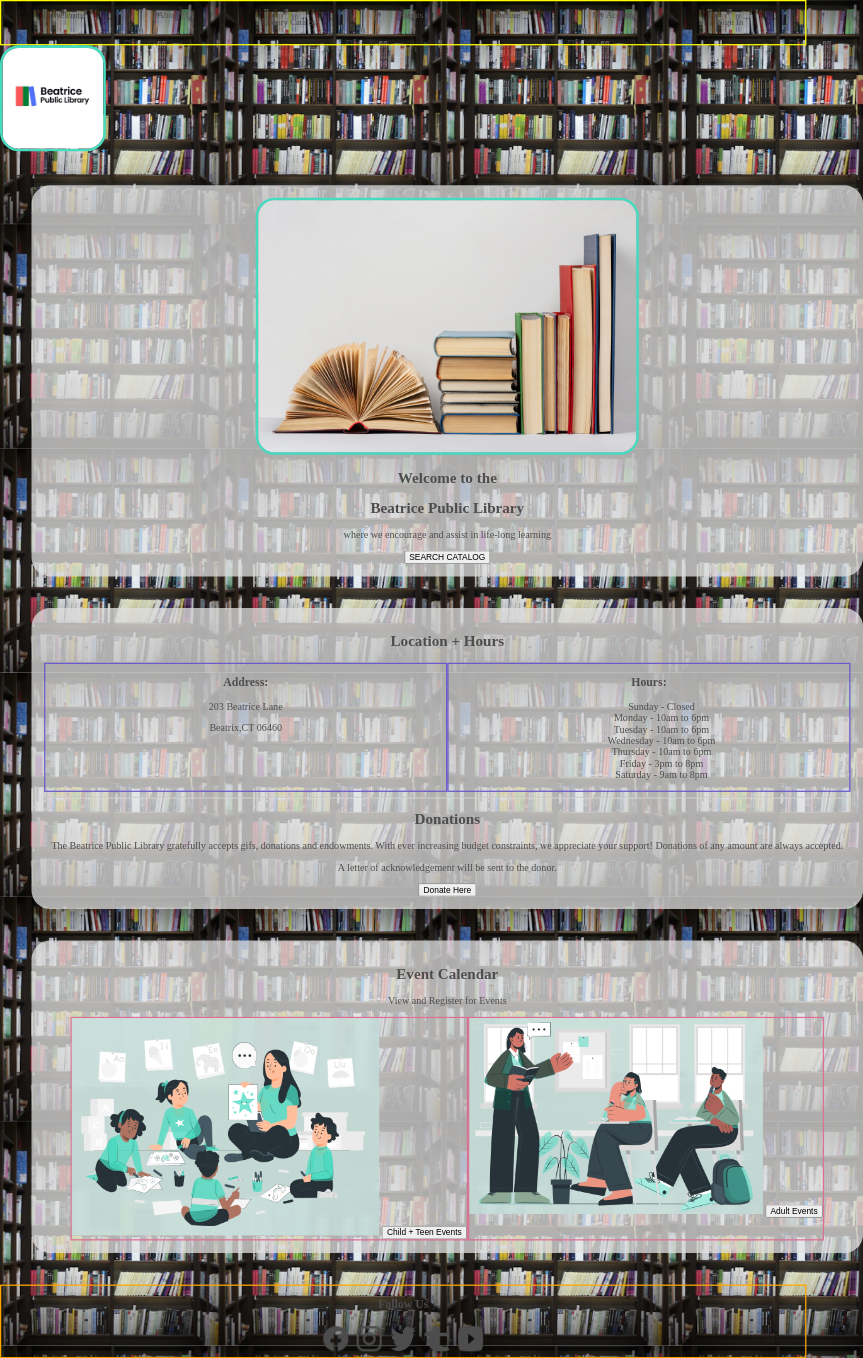
Repository: cokoduwa/RA-Wk5-Library
Page: index.html
The author's editor kept a copy of each file at every save. The page is drawn from the files as they stood at one save, then again after the next save.
The browser window is 1280 px wide. The page is 1370 px wide, so the pictures cover 1370 px, including what lies to the right of the window. The pictures show the whole page, at 63% of full size.

Above is the page before, as saved 2023-01-18 21:40:45.

After the next save:
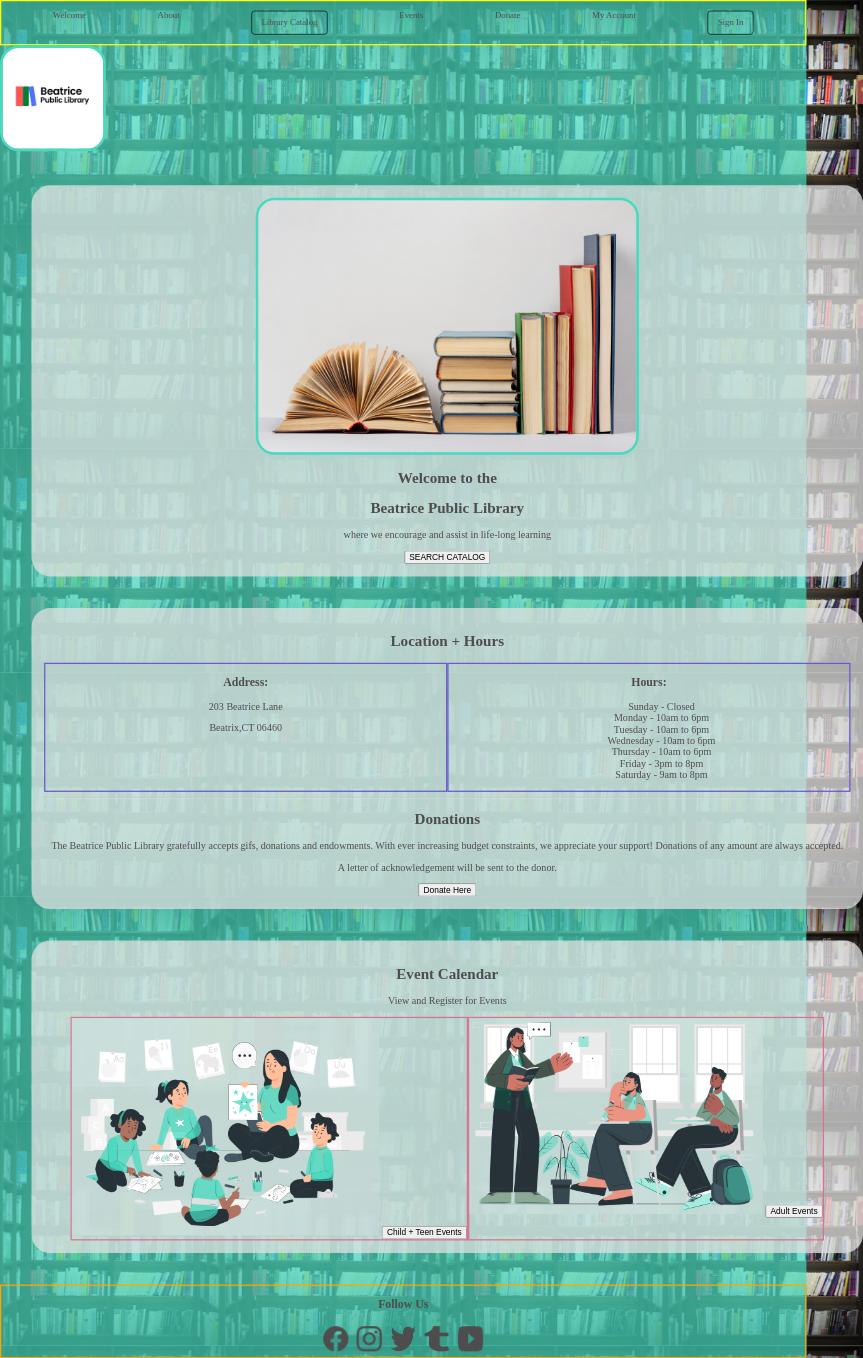
Saved 37 s later.
--- a/index.css
+++ b/index.css
@@ -11,6 +11,10 @@
     opacity: 0.3;
     background-repeat: no-repeat;
 } */
+
+.back-img {
+    background: rgb(70, 218, 191, 0.7);
+}
 
 /****** Navigation Bar/Menu and Footer for all pages ******/
 nav {

After the 3 saves that followed:
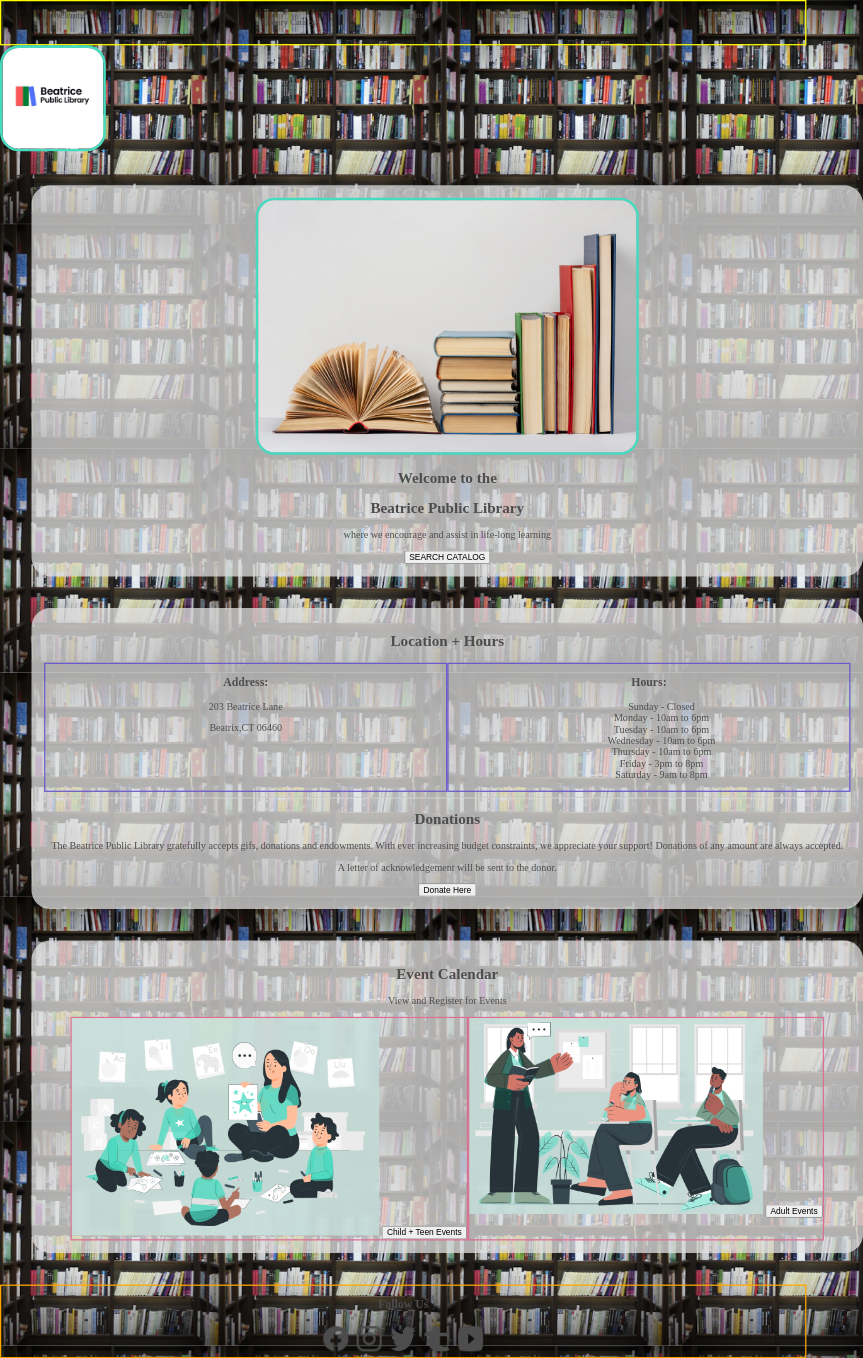
The 3 saves are shown as one change because 2 left the picture as it was.
The last was saved 4 min 14 s later.
--- a/index.html
+++ b/index.html
@@ -9,7 +9,7 @@
 </head>
 
 <body>
-    <div class="back-img">
+    <div class="back-color">
         <nav>
             <div class="menu-options">
                 <a href="index.html">Welcome</a>
--- a/index.css
+++ b/index.css
@@ -4,6 +4,7 @@
     /* background: rgb(70, 218, 191, 0.7); */
     color: #4E4D4D;
     font-family: Arial Rounded MT Bold;
+    width: 100%;
 }
 
 /* main {
@@ -14,6 +15,7 @@
 
 .back-img {
     background: rgb(70, 218, 191, 0.7);
+    width: 100%;
 }
 
 /****** Navigation Bar/Menu and Footer for all pages ******/
